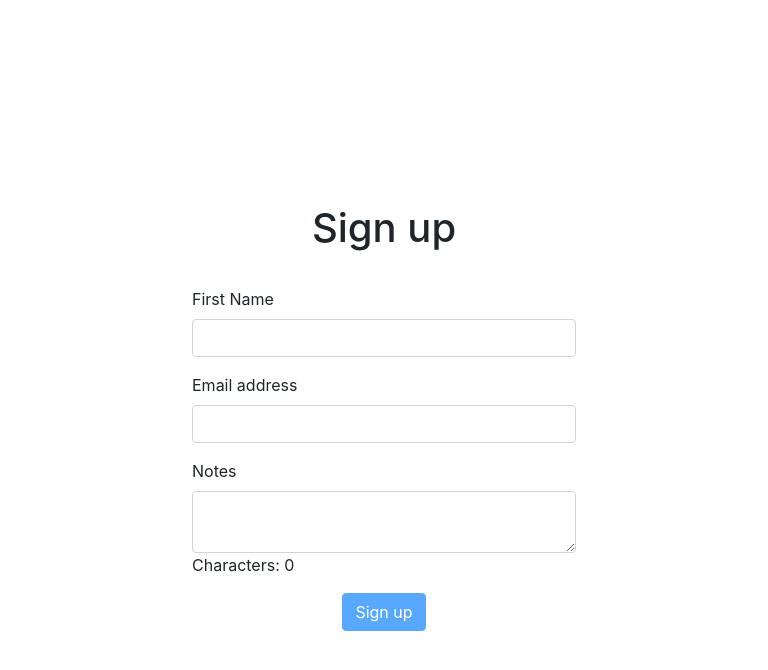
Repository: jklodge/react-form
Page: / (app in adzuna-form/)
The author's editor kept a copy of each file at every save. The page is drawn from the files as they stood at one save, then again after the next save.
The browser window is 768 px wide. The pictures show the whole page.
The project was rebuilt for these pictures with package versions that can differ from the ones it lists, and the page was loaded fresh each time. Also part of the build but not shown: adzuna-form/src/Components/SuccessPage.js.

Above is the page before, as saved 2020-01-09 13:55:00.

After the next save:
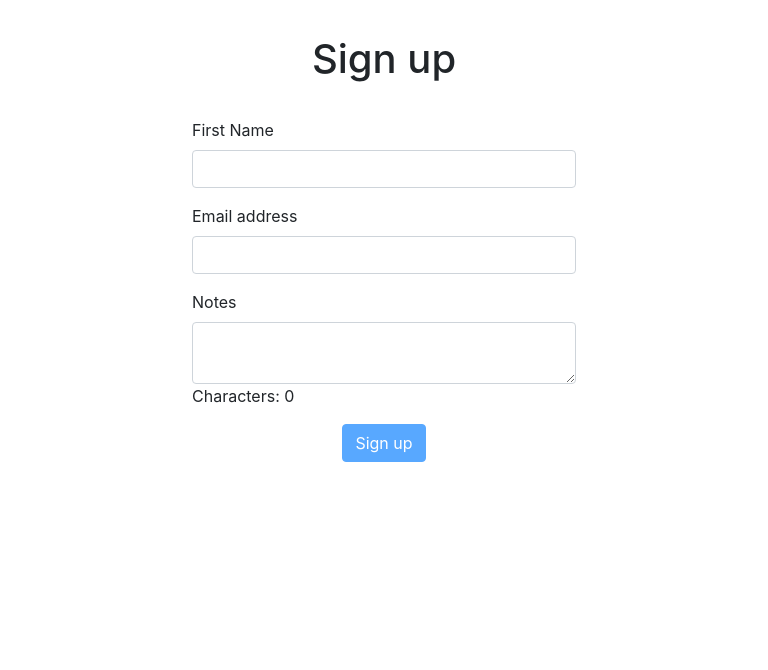
Saved 44 s later.
--- a/adzuna-form/src/Components/Form.scss
+++ b/adzuna-form/src/Components/Form.scss
@@ -3,9 +3,10 @@
   display: flex;
   flex-direction: column;
   height: 100vh;
+  justify-content: center;
 
   @media only screen and (max-width: 768px) {
-    justify-content: center;
+    justify-content: flex-start;
   }
 
   h1 {
